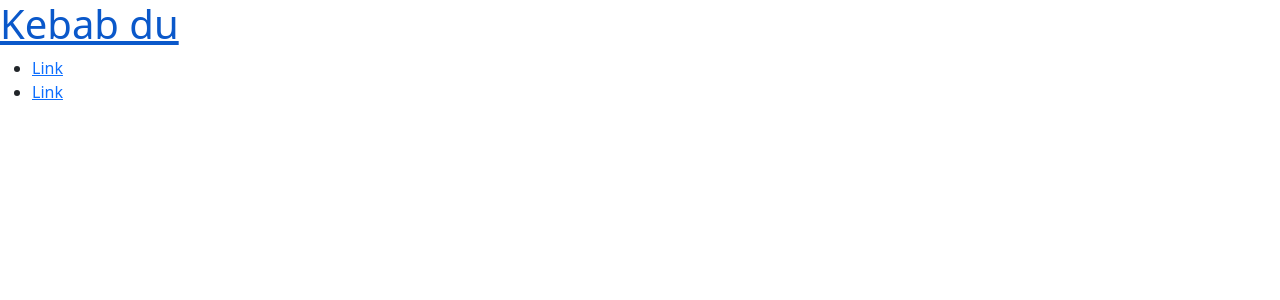
Repository: phbord/THP-js-exercices-manipulation-DOM
Page: index.html
These files come from the project's save history. The page is drawn as it stood at one moment and after the next save; the edit follows.
The browser window is 1280 px wide. The pictures show the whole page.

Above is the page before, as saved 2021-07-19 10:21:29.

After the next save:
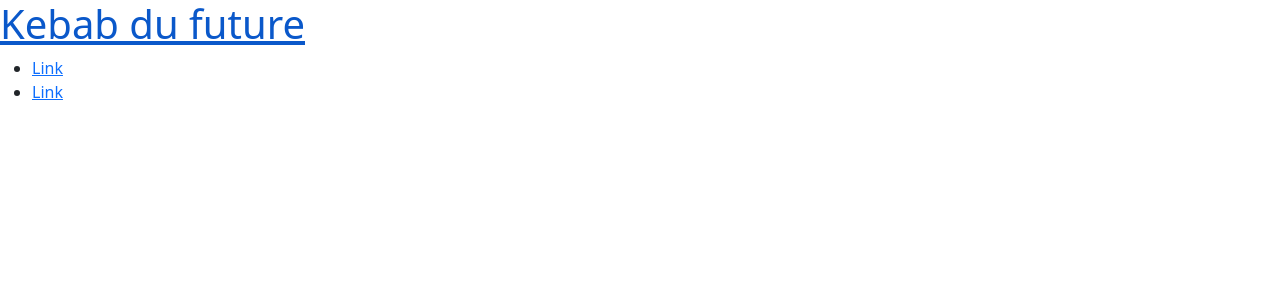
Saved 4 s later.
--- a/index.html
+++ b/index.html
@@ -13,7 +13,7 @@
         <header>
             <nav>
                 <a class="" href="#">
-                    <h1>Kebab du </h1>
+                    <h1>Kebab du future</h1>
                 </a>
                 <ul class="">
                     <li>
